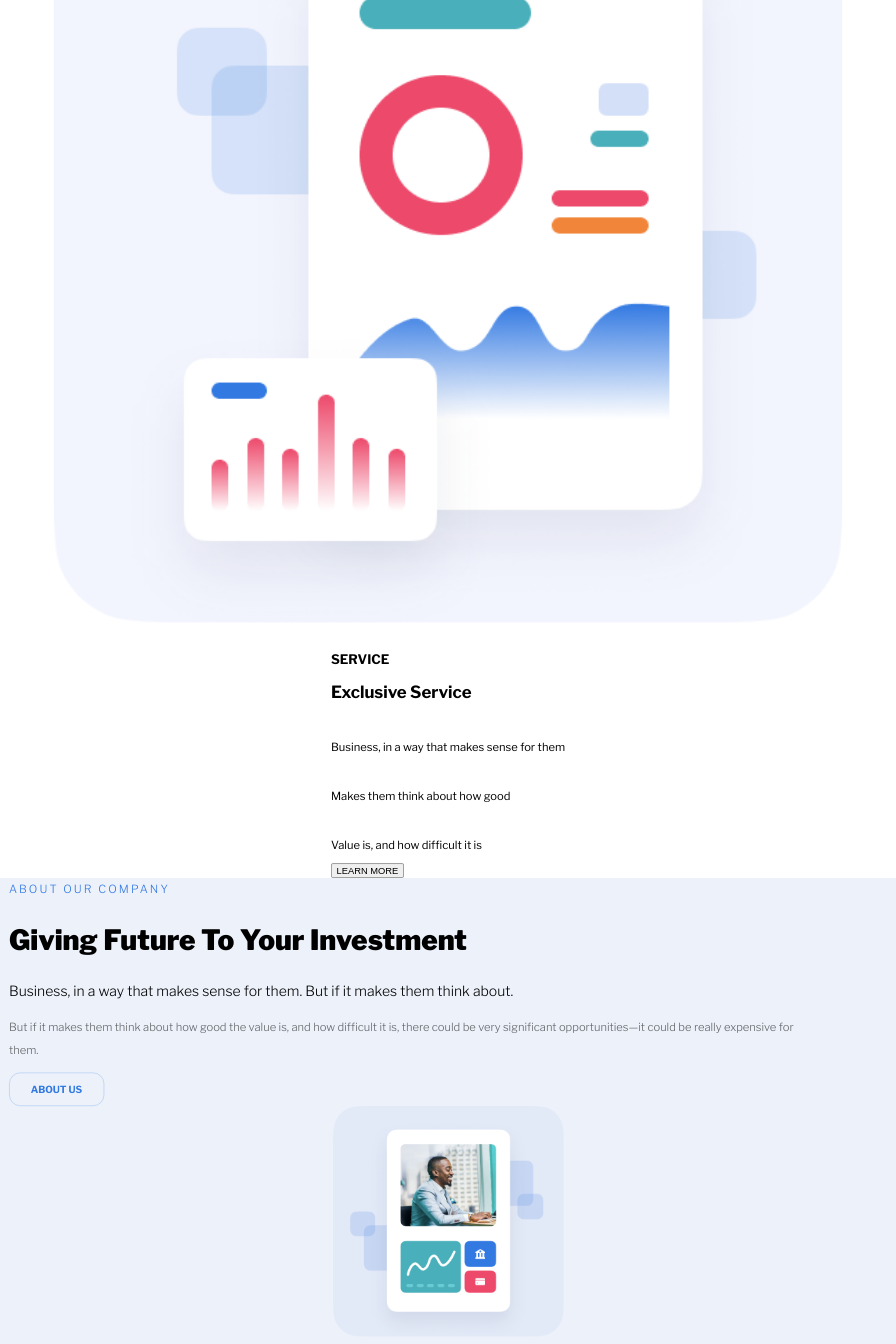
Repository: adryelfelipe/frontend-prova
Page: prova-figma/Prova/index.html
The author's editor kept a copy of each file at every save. The page is drawn from the files as they stood at one save, then again after the next save.
The browser window is 1280 px wide. The pictures show the part of the page from y = 1713 to 3633 px (the page is 3633 px tall before and 3595 px after), at 70% of full size.

Above is the page before, as saved 2026-06-22 19:09:48.

After the next save:
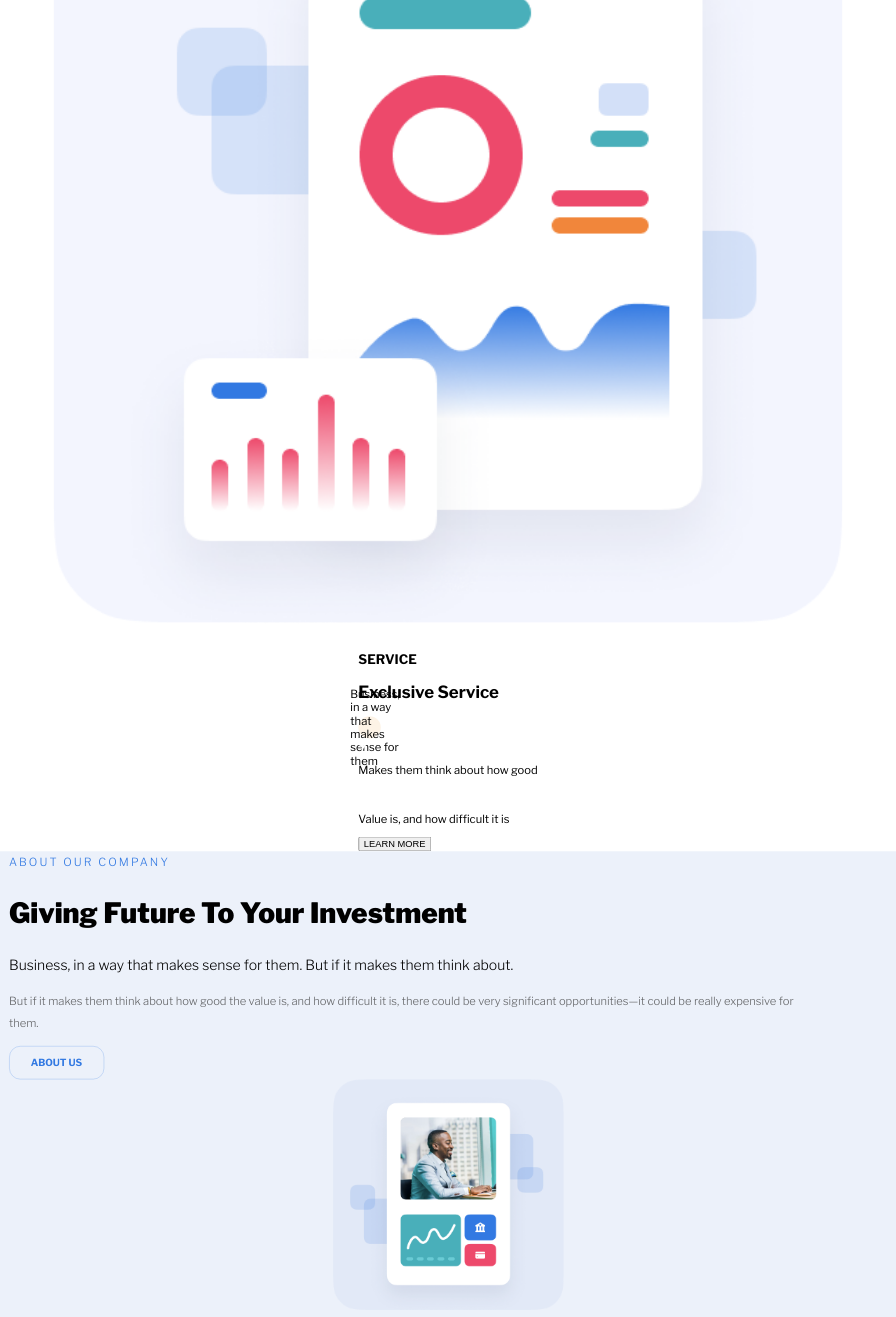
Saved 4 s later.
--- a/prova-figma/Prova/index.html
+++ b/prova-figma/Prova/index.html
@@ -76,7 +76,7 @@
                 <h3>SERVICE</h3>
                 <h2>Exclusive Service</h2>
 
-                <div class="">
+                <div class="bg-icon-correct">
                     <img src="./assets/icon/correct-icon-section2.png" class="icon-correct" alt="">
                     <p>Business, in a way that makes sense for them</p>
                 </div>
